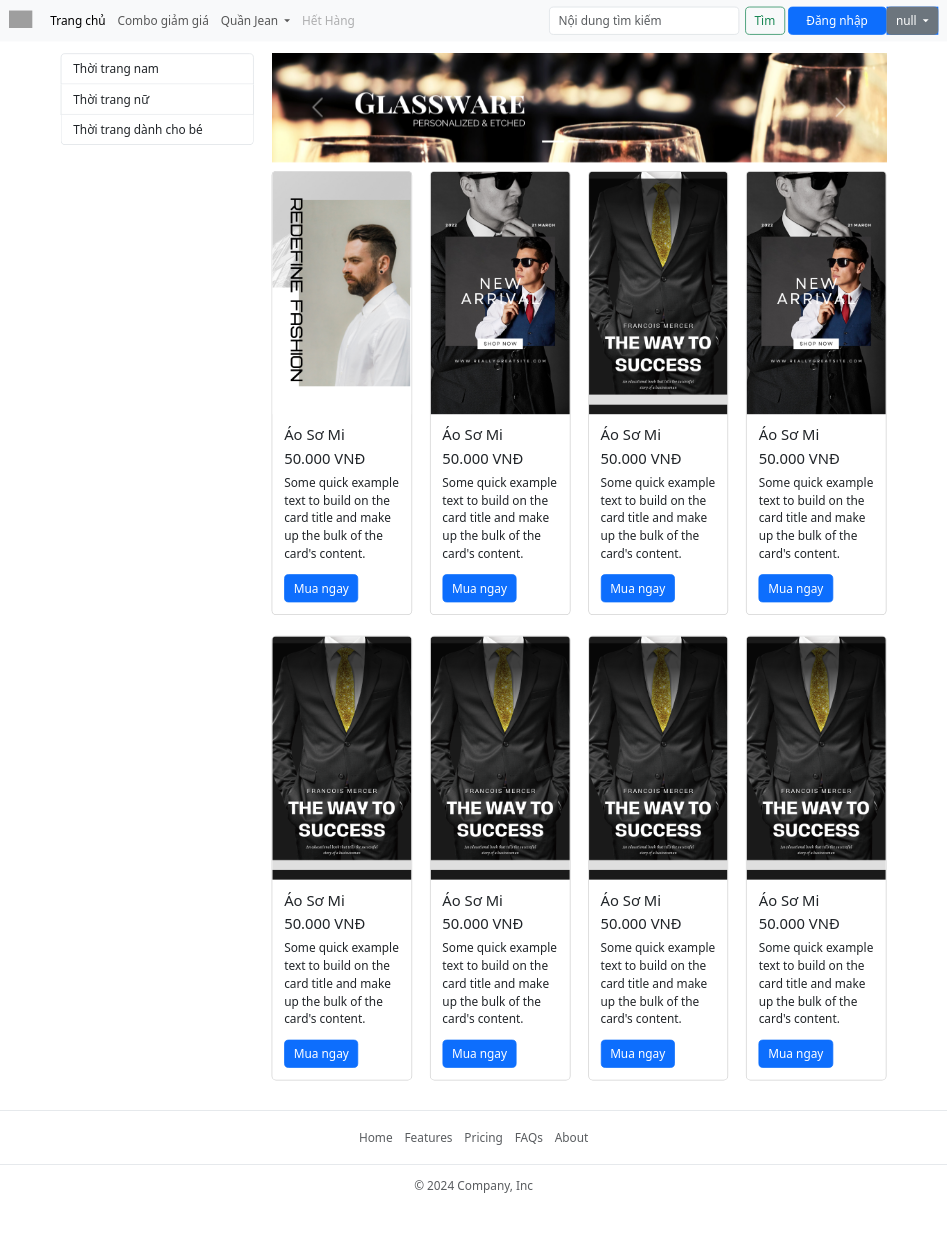
Repository: wuubangdev/bookstore-servlet-jsp
Page: http://localhost/Bai32_WebBanSach_/
These files come from the project's save history. The page is drawn as it stood at one moment and after the next save; the edit follows.
The browser window is 1280 px wide. The pictures show the whole page, at 74% of full size.
Pictures or frames that could not be fetched are drawn as grey boxes. The page is served by Tomcat 9. Other server files are loaded and not shown.

Above is the page before, as saved 2024-03-24 10:33:57.

### Bai32_WebBanSach_/src/main/webapp/index.jsp
<%@ page language="java" contentType="text/html; charset=UTF-8"
    pageEncoding="UTF-8"%>
<!DOCTYPE html>
<html>
<head>
<meta charset="UTF-8">
<meta name="viewport" content="width=device-width, initial-scale=1">
<title>BookStrore</title>
<link
	href="https://cdn.jsdelivr.net/npm/bootstrap@5.3.3/dist/css/bootstrap.min.css"
	rel="stylesheet"
	integrity="sha384-QWTKZyjpPEjISv5WaRU9OFeRpok6YctnYmDr5pNlyT2bRjXh0JMhjY6hW+ALEwIH"
	crossorigin="anonymous">
<script
	src="https://cdn.jsdelivr.net/npm/bootstrap@5.3.3/dist/js/bootstrap.bundle.min.js"
	integrity="sha384-YvpcrYf0tY3lHB60NNkmXc5s9fDVZLESaAA55NDzOxhy9GkcIdslK1eN7N6jIeHz"
	crossorigin="anonymous">
</script>
</head>
<body>
	<!-- Navbar -->
	<nav class="navbar navbar-expand-lg bg-body-tertiary">
		<div class="container-fluid">
			<a class="navbar-brand" href="#"> <img
				src="https://titv.vn/wp-content/uploads/2023/10/Screenshot-2023-01-29-230321.png"
				alt="Logo" height="24" class="d-inline-block align-text-top">
			</a>
			<button class="navbar-toggler" type="button"
				data-bs-toggle="collapse" data-bs-target="#navbarSupportedContent"
				aria-controls="navbarSupportedContent" aria-expanded="false"
				aria-label="Toggle navigation">
				<span class="navbar-toggler-icon"></span>
			</button>
			<div class="collapse navbar-collapse" id="navbarSupportedContent">
				<ul class="navbar-nav me-auto mb-2 mb-lg-0">
					<li class="nav-item"><a class="nav-link active"
						aria-current="page" href="#">Trang chủ</a></li>
					<li class="nav-item"><a class="nav-link" href="#">Combo
							giảm giá</a></li>
					<li class="nav-item dropdown"><a
						class="nav-link dropdown-toggle" href="#" role="button"
						data-bs-toggle="dropdown" aria-expanded="false"> Quần Jean </a>
						<ul class="dropdown-menu">
							<li><a class="dropdown-item" href="#">Áo Thung</a></li>
							<li><a class="dropdown-item" href="#">Áo Sơ Mi</a></li>
							<li><hr class="dropdown-divider"></li>
							<li><a class="dropdown-item" href="#">Váy</a></li>
						</ul></li>
					<li class="nav-item"><a class="nav-link disabled"
						aria-disabled="true">Hết Hàng</a></li>
				</ul>
				<form class="d-flex" role="search">
					<input class="form-control me-2" type="search"
						placeholder="Nội dung tìm kiếm" aria-label="Search">
					<button class="btn btn-outline-success" type="submit">Tìm</button>
					<%
						String userName = session.getAttribute("userName")+"";
						if(userName.equals("null")){
					%>
					<a class="btn btn-primary px-4" style="white-space: nowrap; margin-left: 4px;" href="login.jsp">Đăng nhập</a>
					<%} else { %>
					<%} %>
					<div class="dropdown bg-primary">
					  <button class="btn btn-secondary dropdown-toggle" type="button" data-bs-toggle="dropdown" aria-expanded="false">
					    <%=userName%>
					  </button>
					  <ul class="dropdown-menu">
					    <li><a class="dropdown-item" href="#">Đổi mật khẩu</a></li>
					    <li><a class="dropdown-item" href="#">Đổi thông tin</a></li>
					    <li><hr class="dropdown-divider"></li>
					    <li><a class="dropdown-item" href="#">Thoát</a></li>
					  </ul>
					</div>
				</form>
			</div>
		</div>
	</nav>
	<!-- End Navbar -->
	<!-- Page content -->
	<div id="container" class="container" style="width: 100%">
		<div class="row">
			<!-- Menu left -->
			<div class="col-lg-3" style="padding-top: 16px">
				<div class="list-group">
				  <a href="#" class="list-group-item list-group-item-action" aria-current="true">Thời trang nam</a>
				  <a href="#" class="list-group-item list-group-item-action">Thời trang nữ</a>
				  <a href="#" class="list-group-item list-group-item-action">Thời trang dành cho bé</a>
				</div>
			</div>
			<!-- End Menu left -->

			<!-- Slider and product -->
			<div class="col-lg-9 pt-16" style="padding-top: 16px ">
				<!-- Slider -->
					<div id="carouselExampleIndicators" class="carousel slide">
					  <div class="carousel-indicators">
					    <button type="button" data-bs-target="#carouselExampleIndicators" data-bs-slide-to="0" class="active" aria-current="true" aria-label="Slide 1"></button>
					    <button type="button" data-bs-target="#carouselExampleIndicators" data-bs-slide-to="1" aria-label="Slide 2"></button>
					    <button type="button" data-bs-target="#carouselExampleIndicators" data-bs-slide-to="2" aria-label="Slide 3"></button>
					  </div>
					  <div class="carousel-inner">
					    <div class="carousel-item active">
					      <img src="img/slider/slider_1.png" class="d-block w-100" alt="...">
					    </div>
					    <div class="carousel-item">
					      <img src="img/slider/slider_2.png" class="d-block w-100" alt="...">
					    </div>
					    <div class="carousel-item">
					      <img src="img/slider/slider_3.png" class="d-block w-100" alt="...">
					    </div>
					  </div>
					  <button class="carousel-control-prev" type="button" data-bs-target="#carouselExampleIndicators" data-bs-slide="prev">
					    <span class="carousel-control-prev-icon" aria-hidden="true"></span>
					    <span class="visually-hidden">Previous</span>
					  </button>
					  <button class="carousel-control-next" type="button" data-bs-target="#carouselExampleIndicators" data-bs-slide="next">
					    <span class="carousel-control-next-icon" aria-hidden="true"></span>
					    <span class="visually-hidden">Next</span>
					  </button>
					</div>
				<!-- End Slider -->
				<!-- Product -->
				<div class="row">
					<div class="col-lg-3 col-md-6 col-sm-12 mb-3" style="margin-top: 12px">
						<div class="card" style="width: 100%;">
						  <img src="img/product/pro1.png" class="card-img-top">
						  <div class="card-body">
						    <h5 class="card-title">Áo Sơ Mi</h5>
						    <h5 class="card-title">50.000 VNĐ</h5>
						    <p class="card-text">Some quick example text to build on the card title and make up the bulk of the card's content.</p>
						    <a href="#" class="btn btn-primary">Mua ngay</a>
						  </div>
						</div>
					</div>
					<div class="col-lg-3 col-md-6 col-sm-12 mb-3" style="margin-top: 12px">
						<div class="card" style="width: 100%;">
						  <img src="img/product/pro3.png" class="card-img-top">
						  <div class="card-body">
						    <h5 class="card-title">Áo Sơ Mi</h5>
						    <h5 class="card-title">50.000 VNĐ</h5>
						    <p class="card-text">Some quick example text to build on the card title and make up the bulk of the card's content.</p>
						    <a href="#" class="btn btn-primary">Mua ngay</a>
						  </div>
						</div>
					</div>
					<div class="col-lg-3 col-md-6 col-sm-12 mb-3" style="margin-top: 12px">
						<div class="card" style="width: 100%;">
						  <img src="img/product/pro2.png" class="card-img-top">
						  <div class="card-body">
						    <h5 class="card-title">Áo Sơ Mi</h5>
						    <h5 class="card-title">50.000 VNĐ</h5>
						    <p class="card-text">Some quick example text to build on the card title and make up the bulk of the card's content.</p>
						    <a href="#" class="btn btn-primary">Mua ngay</a>
						  </div>
						</div>
					</div>
					<div class="col-lg-3 col-md-6 col-sm-12 mb-3" style="margin-top: 12px">
						<div class="card" style="width: 100%;">
						  <img src="img/product/pro3.png" class="card-img-top">
						  <div class="card-body">
						    <h5 class="card-title">Áo Sơ Mi</h5>
						    <h5 class="card-title">50.000 VNĐ</h5>
						    <p class="card-text">Some quick example text to build on the card title and make up the bulk of the card's content.</p>
						    <a href="#" class="btn btn-primary">Mua ngay</a>
						  </div>
						</div>
					</div>
					<div class="col-lg-3 col-md-6 col-sm-12 mb-3" style="margin-top: 12px">
						<div class="card" style="width: 100%;">
						  <img src="img/product/pro2.png" class="card-img-top">
						  <div class="card-body">
						    <h5 class="card-title">Áo Sơ Mi</h5>
						    <h5 class="card-title">50.000 VNĐ</h5>
						    <p class="card-text">Some quick example text to build on the card title and make up the bulk of the card's content.</p>
						    <a href="#" class="btn btn-primary">Mua ngay</a>
						  </div>
						</div>
					</div>
					<div class="col-lg-3 col-md-6 col-sm-12 mb-3" style="margin-top: 12px">
						<div class="card" style="width: 100%;">
						  <img src="img/product/pro2.png" class="card-img-top">
						  <div class="card-body">
						    <h5 class="card-title">Áo Sơ Mi</h5>
						    <h5 class="card-title">50.000 VNĐ</h5>
						    <p class="card-text">Some quick example text to build on the card title and make up the bulk of the card's content.</p>
						    <a href="#" class="btn btn-primary">Mua ngay</a>
						  </div>
						</div>
					</div>
					<div class="col-lg-3 col-md-6 col-sm-12 mb-3" style="margin-top: 12px">
						<div class="card" style="width: 100%;">
						  <img src="img/product/pro2.png" class="card-img-top">
						  <div class="card-body">
						    <h5 class="card-title">Áo Sơ Mi</h5>
						    <h5 class="card-title">50.000 VNĐ</h5>
						    <p class="card-text">Some quick example text to build on the card title and make up the bulk of the card's content.</p>
						    <a href="#" class="btn btn-primary">Mua ngay</a>
						  </div>
						</div>
					</div>
					<div class="col-lg-3 col-md-6 col-sm-12 mb-3" style="margin-top: 12px">
						<div class="card" style="width: 100%;">
						  <img src="img/product/pro2.png" class="card-img-top">
						  <div class="card-body">
						    <h5 class="card-title">Áo Sơ Mi</h5>
						    <h5 class="card-title">50.000 VNĐ</h5>
						    <p class="card-text">Some quick example text to build on the card title and make up the bulk of the card's content.</p>
						    <a href="#" class="btn btn-primary">Mua ngay</a>
						  </div>
						</div>
					</div>
				</div>
				<!-- End Product -->
			</div>
			<!-- End Slider and product -->
		</div>
	</div>
	<!-- End Page content -->
	<!-- Page footer -->
	<footer class="py-3 my-4 border-top">
	    <ul class="nav justify-content-center border-bottom pb-3 mb-3">
	      <li class="nav-item"><a href="#" class="nav-link px-2 text-body-secondary">Home</a></li>
	      <li class="nav-item"><a href="#" class="nav-link px-2 text-body-secondary">Features</a></li>
	      <li class="nav-item"><a href="#" class="nav-link px-2 text-body-secondary">Pricing</a></li>
	      <li class="nav-item"><a href="#" class="nav-link px-2 text-body-secondary">FAQs</a></li>
	      <li class="nav-item"><a href="#" class="nav-link px-2 text-body-secondary">About</a></li>
	    </ul>
	    <p class="text-center text-body-secondary">© 2024 Company, Inc</p>
 	 </footer>
	<!-- End Page footer -->
</body>
</html>

After the next save:
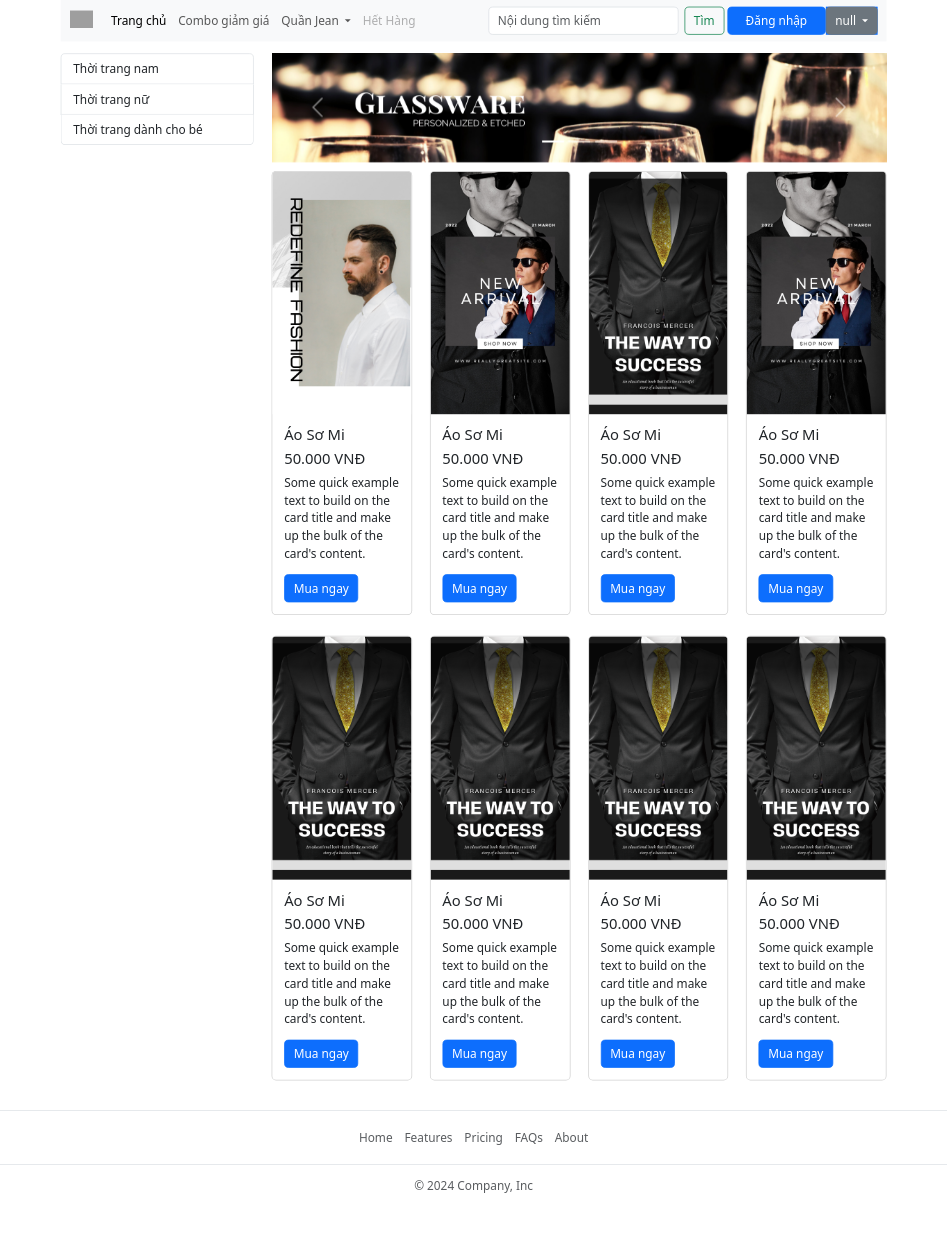
Saved 50 s later.
--- a/Bai32_WebBanSach_/src/main/webapp/index.jsp
+++ b/Bai32_WebBanSach_/src/main/webapp/index.jsp
@@ -19,6 +19,7 @@
 </head>
 <body>
 	<!-- Navbar -->
+	<div id="container" class="container" style="width: 100%">
 	<nav class="navbar navbar-expand-lg bg-body-tertiary">
 		<div class="container-fluid">
 			<a class="navbar-brand" href="#"> <img
@@ -77,7 +78,6 @@
 	</nav>
 	<!-- End Navbar -->
 	<!-- Page content -->
-	<div id="container" class="container" style="width: 100%">
 		<div class="row">
 			<!-- Menu left -->
 			<div class="col-lg-3" style="padding-top: 16px">
